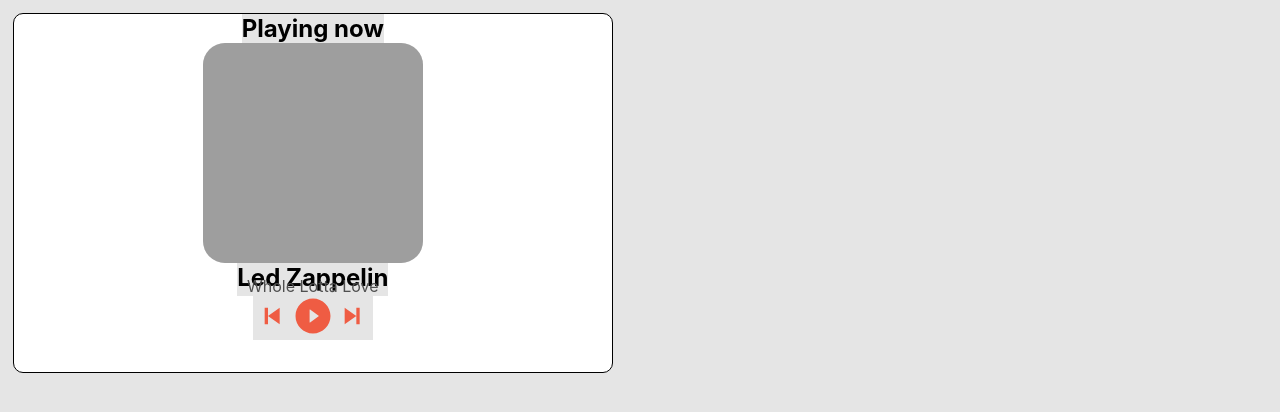
Repository: Sxcram02/playlist
Page: /
The author's editor kept a copy of each file at every save. The page is drawn from the files as they stood at one save, then again after a run of saves.
The browser window is 1280 px wide. The pictures show the whole page.
Pictures or frames that could not be fetched are drawn as grey boxes. The page's requests for data from a server got no answer. The project was rebuilt for these pictures with package versions that can differ from the ones it lists, and the page was loaded fresh each time. No one was signed in, and anything a server would have sent is missing.

Above is the page before, as saved 2023-02-23 09:24:30.

After the next 2 saves:
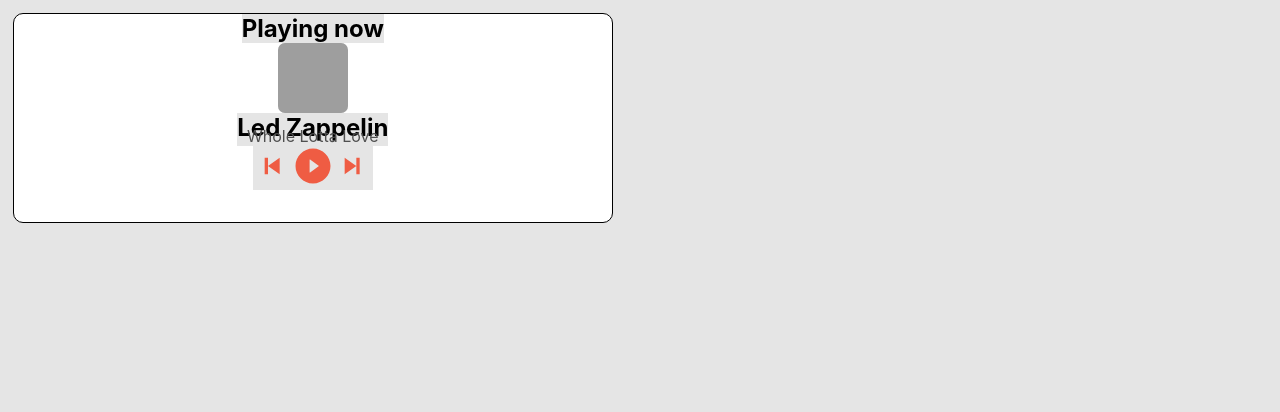
The 2 saves are shown as one change because they came seconds apart.
The last was saved 22 s later.
--- a/src/App.css
+++ b/src/App.css
@@ -22,8 +22,8 @@
 
 .musicCover {
     border-radius: 10%;
-    width: 220px;
-    height: 220px;
+    width: 70px;
+    height: 70px;
 }
 
 .titleContainer {
